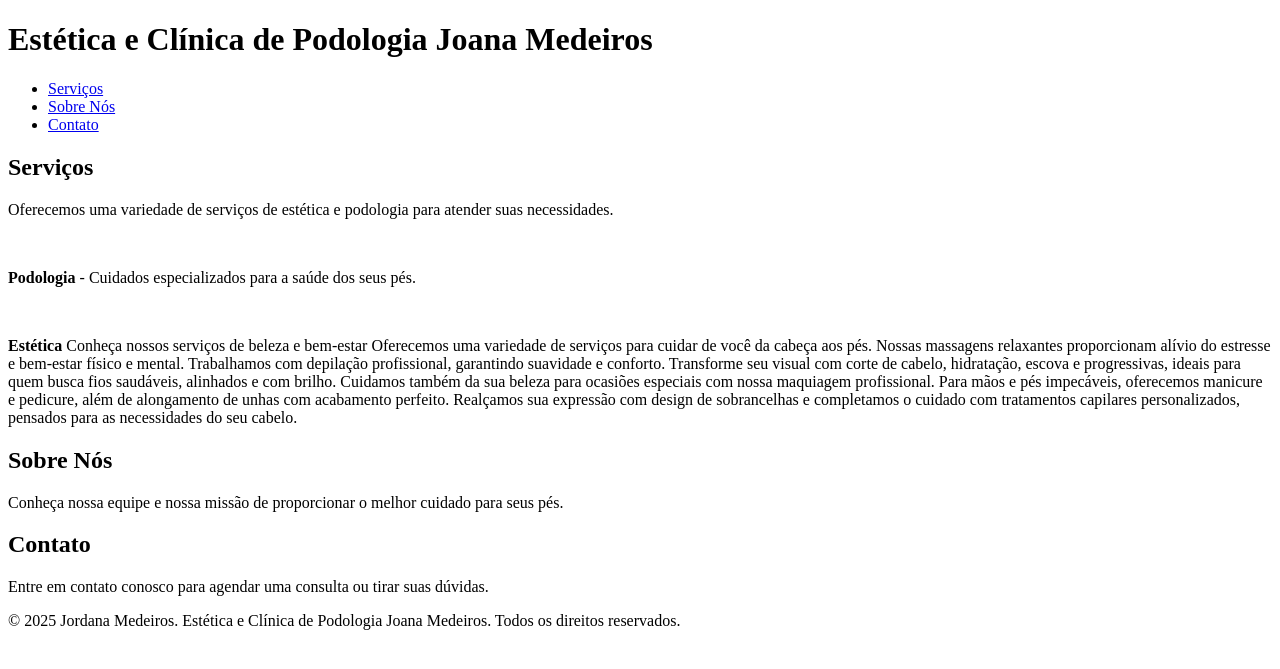
Repository: Iamjordana/projeto-estetica
Page: index.html
The author's editor kept a copy of each file at every save. The page is drawn from the files as they stood at one save, then again after a run of saves.
The browser window is 1280 px wide. The pictures show the whole page.

Above is the page before, as saved 2025-04-14 11:40:24.

After the next 3 saves:
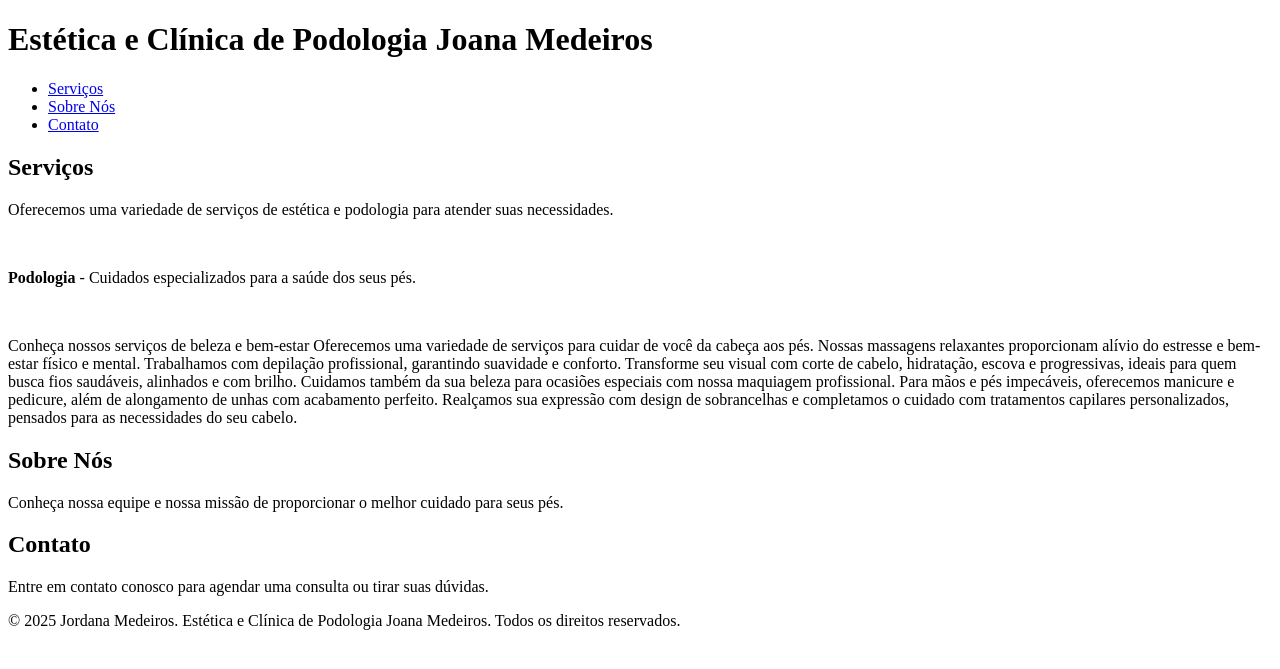
The 3 saves are shown as one change because they came seconds apart.
The last was saved 2 min 49 s later.
--- a/index.html
+++ b/index.html
@@ -30,7 +30,6 @@
 
                 <img src="" alt="" srcset="">
                 <p>
-                    <strong>Estética</strong>
                     Conheça nossos serviços de beleza e bem-estar
 
                     Oferecemos uma variedade de serviços para cuidar de você da cabeça aos pés. Nossas massagens relaxantes proporcionam alívio do estresse e bem-estar físico e mental. Trabalhamos com depilação profissional, garantindo suavidade e conforto.
